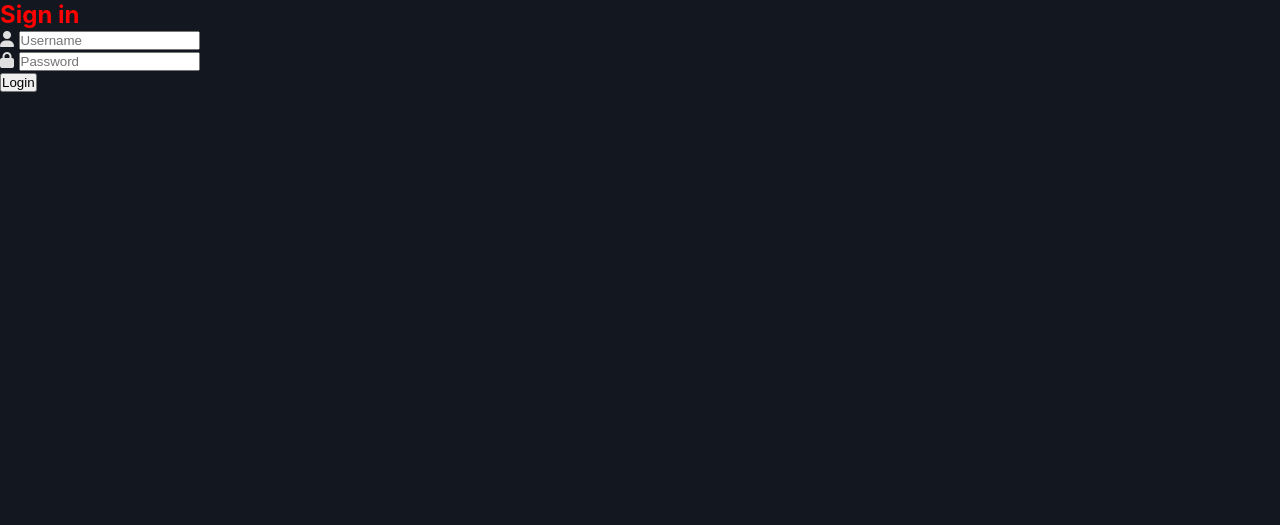
Repository: sarfaraz1611/NitteMovie.github.io
Page: login.html
These files come from the project's save history. The page is drawn as it stood at one moment and after the next save; the edit follows.
The browser window is 1280 px wide. The pictures show the whole page.
Some web libraries are served in a nearby version.

Above is the page before, as saved 2022-07-16 11:43:59.

After the next save:
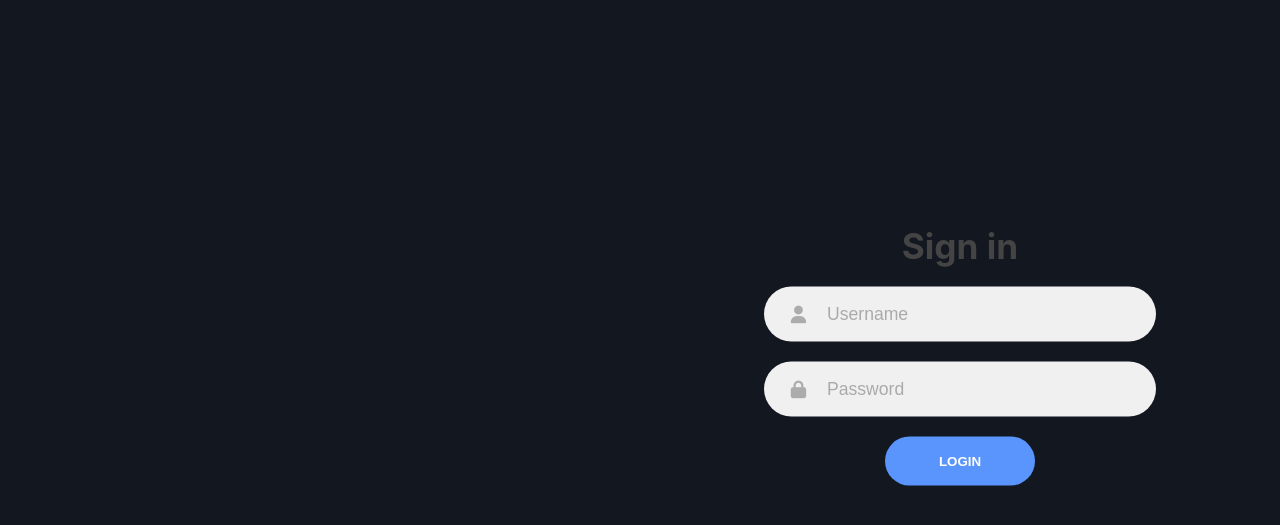
Saved 38 s later.
--- a/assets/css/main.css
+++ b/assets/css/main.css
@@ -266,7 +266,7 @@ nav { margin-right: 250px; }
 // login styles
 
 
-/*
+
 .containers {
   position: relative;
   width: 100%;
@@ -389,19 +389,4 @@ form {
   text-align: center;
   z-index: 3;
   padding: 3rem 17% 2rem 12%;
-} */ */
-
-.signin-signup{
-float:left;
-max-width:250px;
-}
-
-.sign-in-form{
-
-}
-.title{
-color:red;
-}
-.input-field{
-  max-width:250px;
-}
+} */
